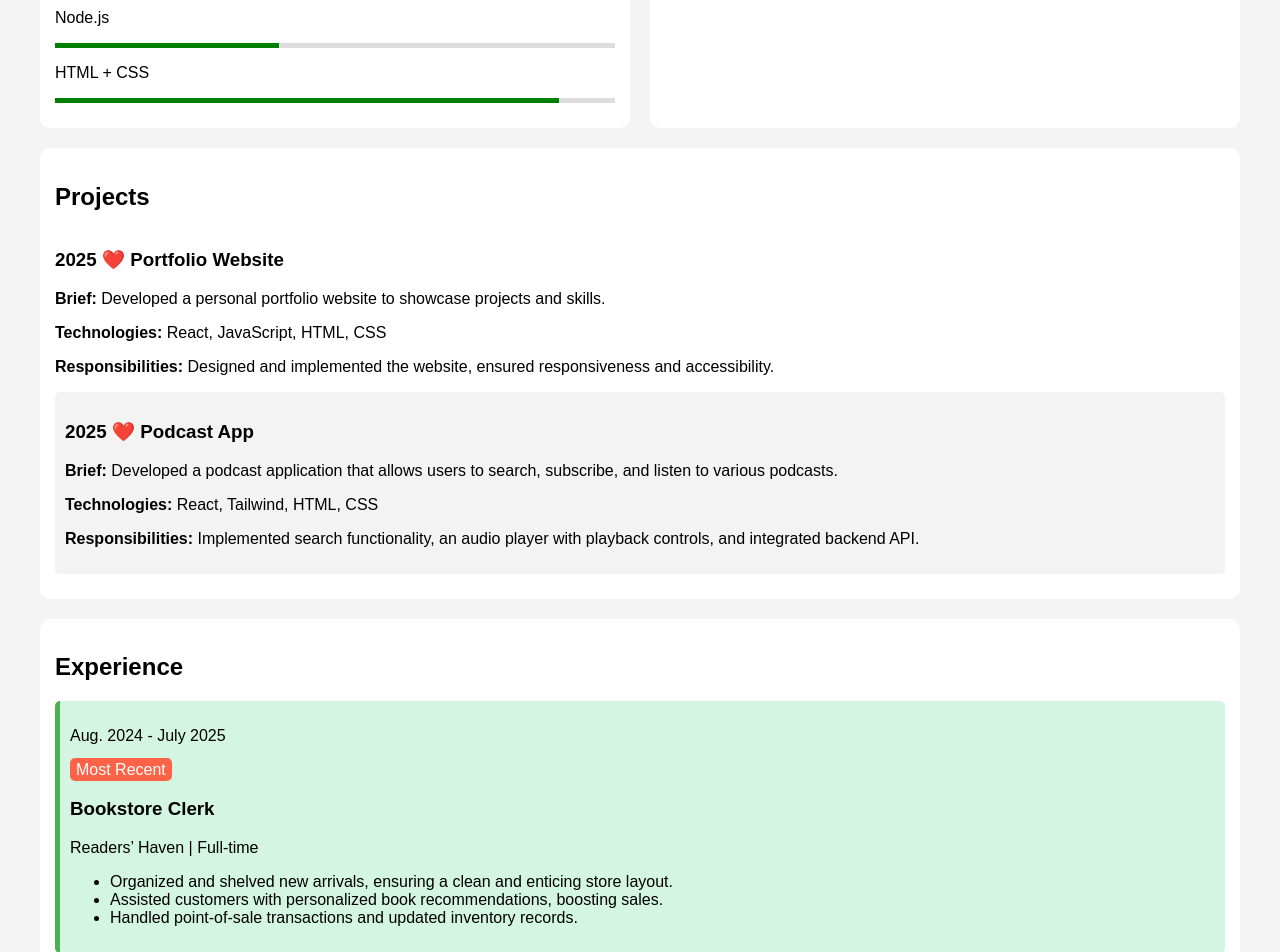
Repository: andajonas/ANDJON25111_fto2502_A2_AndaJonas_SDF_Portfolio_Piece
Page: index.html
These files come from the project's save history. The page is drawn as it stood at one moment and after the next save; the edit follows.
The browser window is 1280 px wide. The pictures show the part of the page from y = 422 to 1374 px (the page is 1761 px tall before and 1791 px after).
A picture or video elsewhere on the page could not be fetched, so the positions and the page height are approximate.

Above is the page before, as saved 2025-04-03 17:33:02.

After the next save:
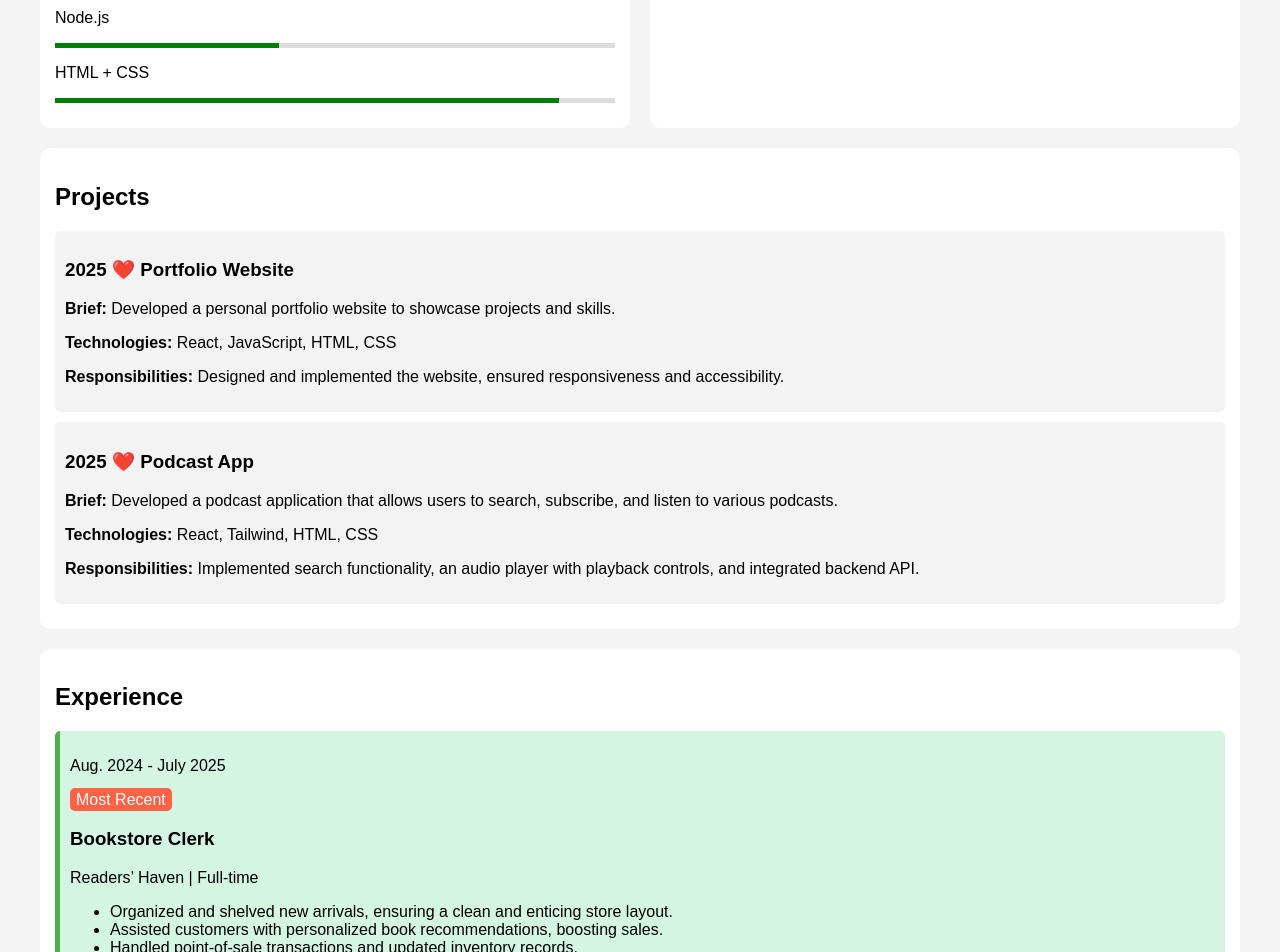
Saved 12 s later.
--- a/index.html
+++ b/index.html
@@ -48,7 +48,7 @@
     <!-- Projects Section -->
     <section class="projects">
         <h2>Projects</h2>
-        <div class="project-card-featured">
+        <div class="project-card">
             <h3>2025 ❤️ Portfolio Website</h3>
             <p><strong>Brief:</strong> Developed a personal portfolio website to showcase projects and skills.</p>
             <p><strong>Technologies:</strong> React, JavaScript, HTML, CSS</p>
